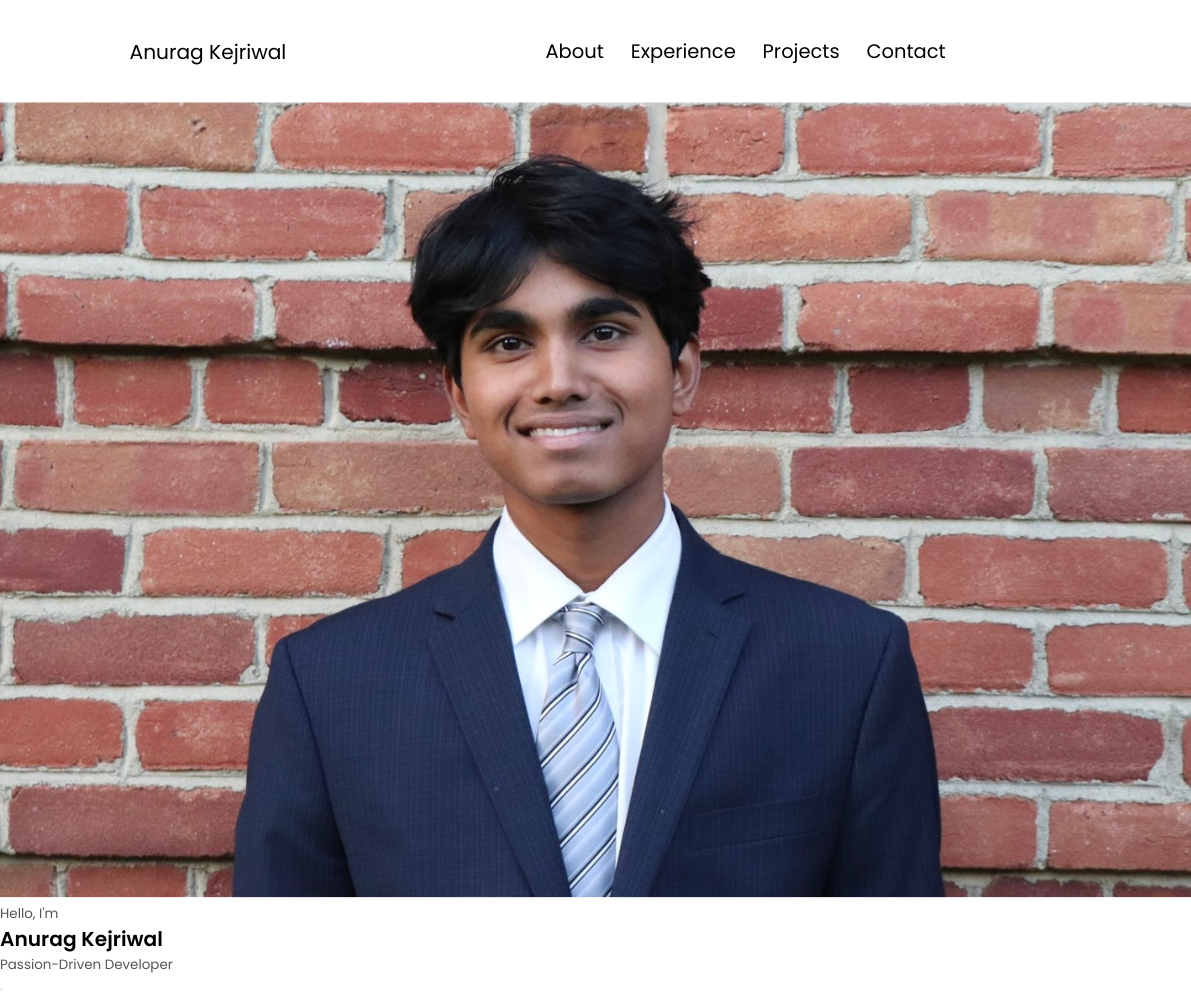
Repository: anuragkej/OldPortfolio
Page: index.html
An editor plug-in stored every save of this project. The page is shown before and after the next save, followed by the edit.
The browser window is 1280 px wide. The page is 1418 px wide, so the pictures cover 1418 px, including what lies to the right of the window. The pictures show the whole page, at 84% of full size.

Above is the page before, as saved 2024-05-25 20:54:17.

After the next save:
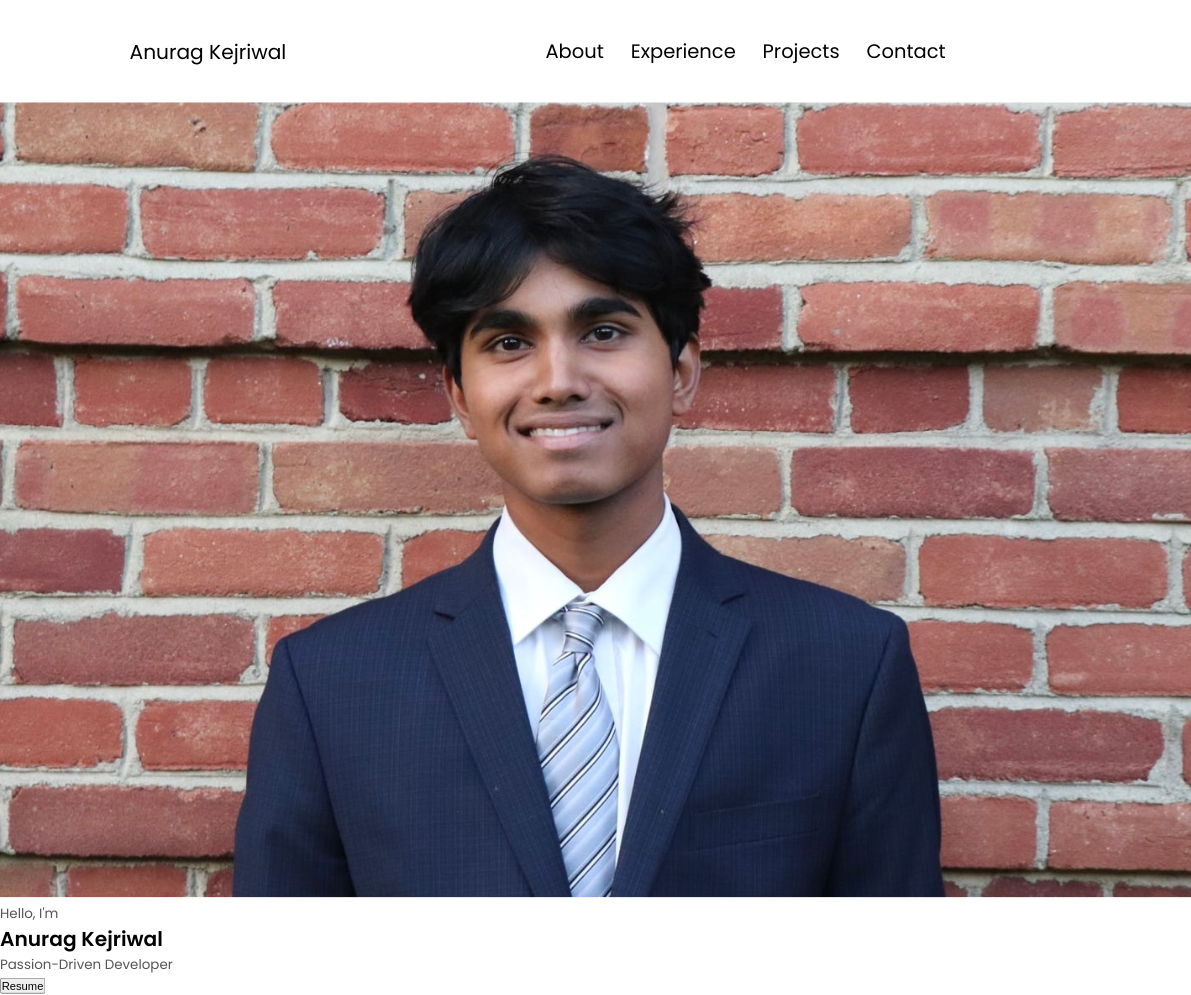
Saved 34 s later.
--- a/index.html
+++ b/index.html
@@ -45,7 +45,7 @@
             <p class="section__text__p2">Passion-Driven Developer</p>
             <div class="btn-container">
                 <button class="btn btn-color-2"
-                onclick="window.open('./assets/AnuragKejriwalResume_2026.pdf')"></button>
+                onclick="window.open('./assets/AnuragKejriwalResume_2026.pdf')">Resume</button>
             </div>
         </div>
     </section>
